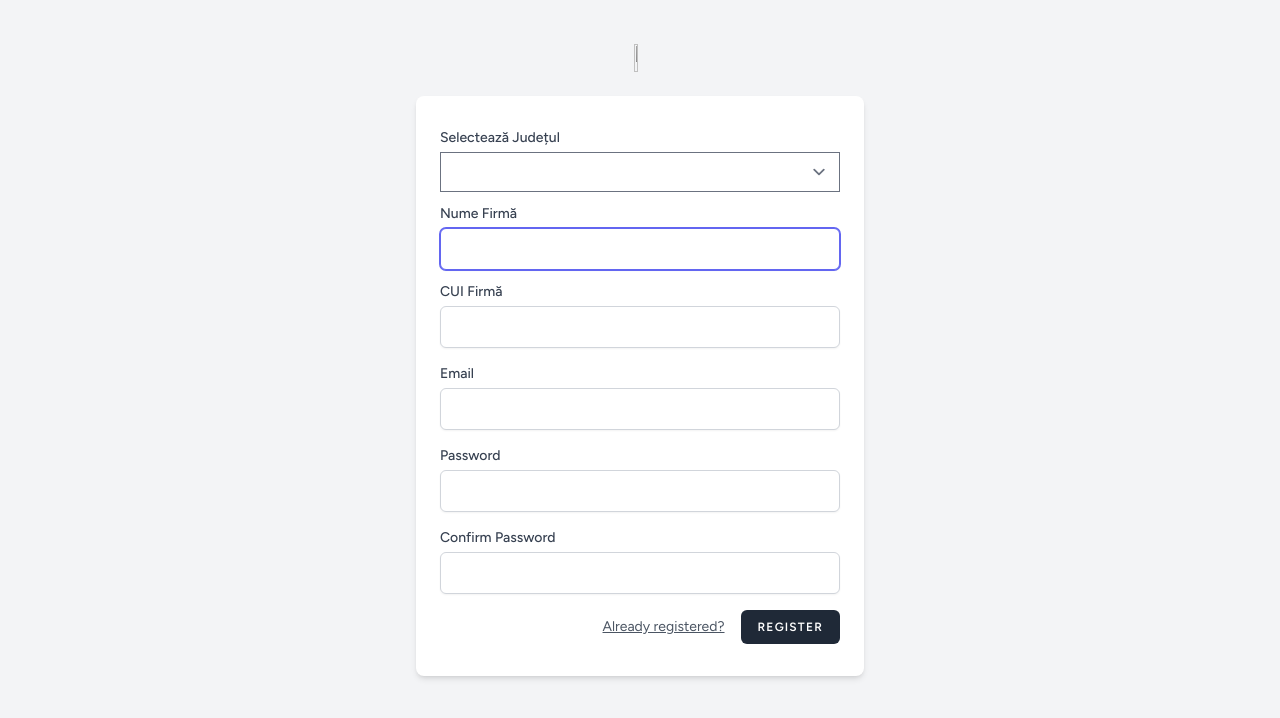
Repository: cosmin05072018/fantastic-events-manager
Page: http://localhost/register
An editor plug-in stored every save of this project. The page is shown before and after the next save, followed by the edit.
The browser window is 1280 px wide. The pictures show the whole page.
The page is served by the project's Laravel application, run on PHP 8.4 with Laravel 10. Style sheets and scripts are compiled from the project's sources, by tool versions that may differ from the author's.

Above is the page before, as saved 2024-11-03 18:25:13.

After the next save:
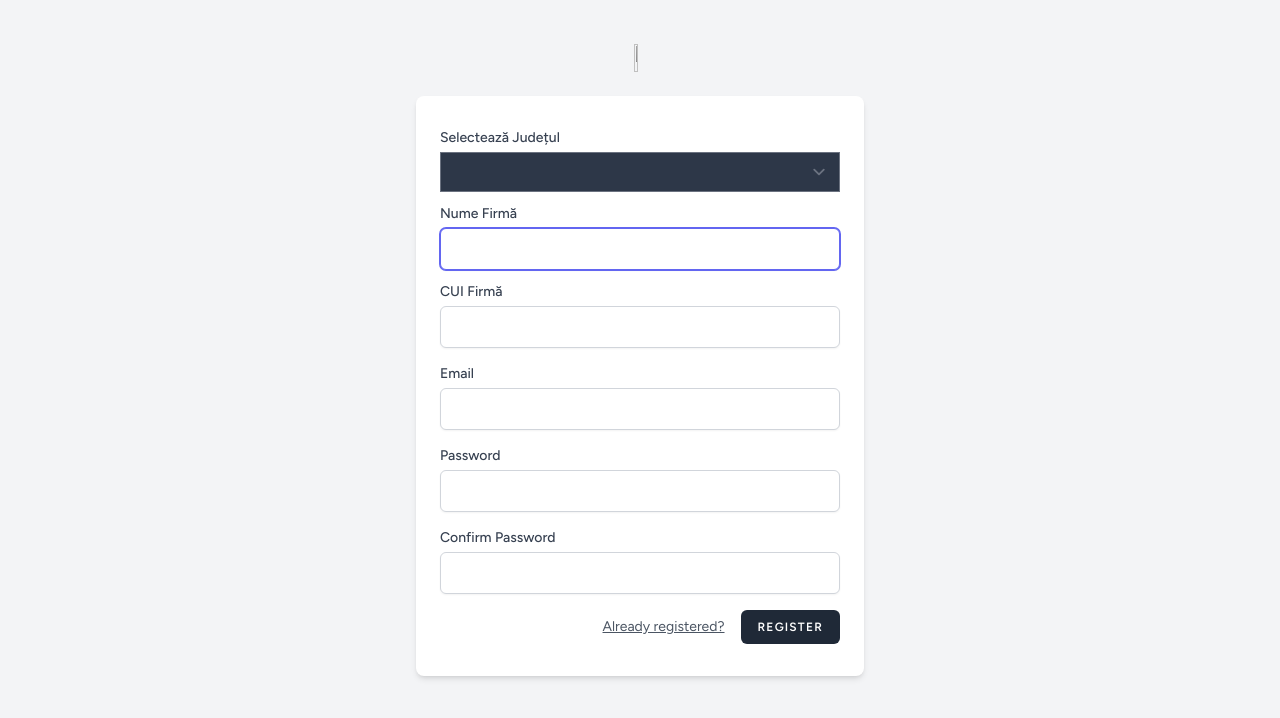
Saved 11 s later.
--- a/resources/views/auth/register.blade.php
+++ b/resources/views/auth/register.blade.php
@@ -7,7 +7,7 @@
     }
 
     select {
-        background-color: #2d3748; /* Fundal întunecat */
+        background-color: #2d3748 !important; /* Fundal întunecat */
         color: #cbd5e0; /* Text deschis la culoare */
         border: 1px solid #4a5568; /* Bordură similară cu celelalte câmpuri */
         padding: 0.5rem;
